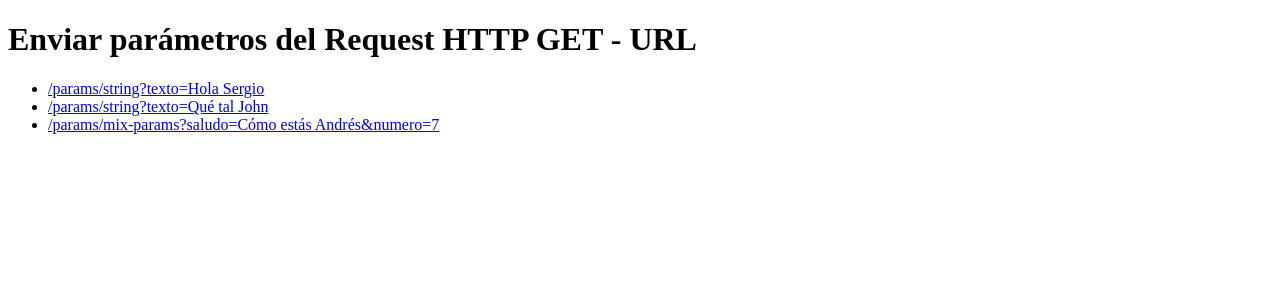
Repository: SergioSolisBrito11/Spring
Page: http://localhost/params/index
The author's editor kept a copy of each file at every save. The page is drawn from the files as they stood at one save, then again after the next save.
The browser window is 1280 px wide. The pictures show the whole page.
The page is this project's Thymeleaf template; nobody is signed in. The template is opened directly, without the code that normally fills it, so the values that code supplies are empty.

Above is the page before, as saved 2021-01-20 03:00:23.

### spring-boot-web/src/main/resources/templates/params/index.html
<!DOCTYPE html>
<html xmlns:th="http://www.thymeleaf.otg">
<head>
	<meta charset="UTF-8" />
<title>Enviar parámetros del Request HTTP GET - URL</title>
</head>
<body>
	<h1>Enviar parámetros del Request HTTP GET - URL</h1>
	<ul> <!-- Inicio ul -->
		<li>
<!-- 		Aquí loqueaste porque no habías agregado el parámetro "texto" en el paréntesis de la url -->
			<a th:href="@{/params/string(texto='Hola Sergio')}">/params/string?texto=Hola Sergio</a>
		</li>
		<li>
<!-- 		Aquí loqueaste porque no habías agregado el parámetro "texto" en el paréntesis de la url -->
			<a th:href="@{/params/string(texto='Qué tal John')}">/params/string?texto=Qué tal John</a>

		</li>
		<li>
			<a th:href="@{/params/mix-params(saludo='Cómo estás Andrés', numero=7)}">/params/mix-params?saludo=Cómo estás Andrés&numero=7</a>
		</li>
	</ul>  <!-- Fin ul -->
</body>
</html>

After the next save:
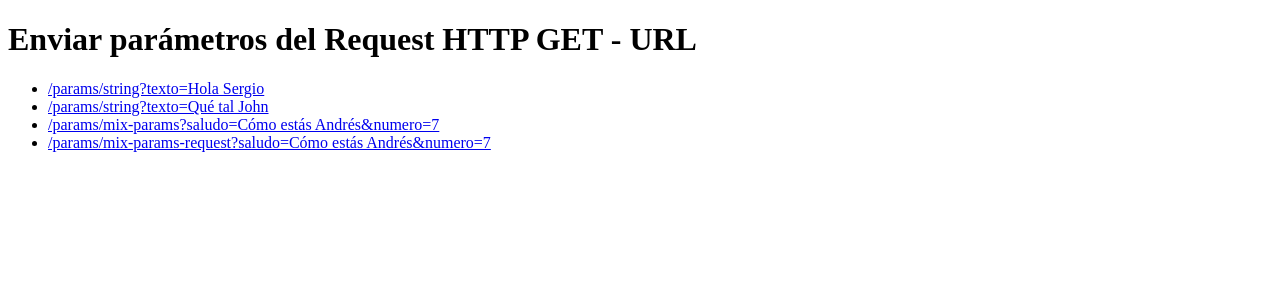
Saved 4 min 43 s later.
--- a/spring-boot-web/src/main/resources/templates/params/index.html
+++ b/spring-boot-web/src/main/resources/templates/params/index.html
@@ -19,6 +19,9 @@
 		<li>
 			<a th:href="@{/params/mix-params(saludo='Cómo estás Andrés', numero=7)}">/params/mix-params?saludo=Cómo estás Andrés&numero=7</a>
 		</li>
+		<li>
+			<a th:href="@{/params/mix-params-request(saludo='Cómo estás Andrés', numero=7)}">/params/mix-params-request?saludo=Cómo estás Andrés&numero=7</a>
+		</li>
 	</ul>  <!-- Fin ul -->
 </body>
 </html>
